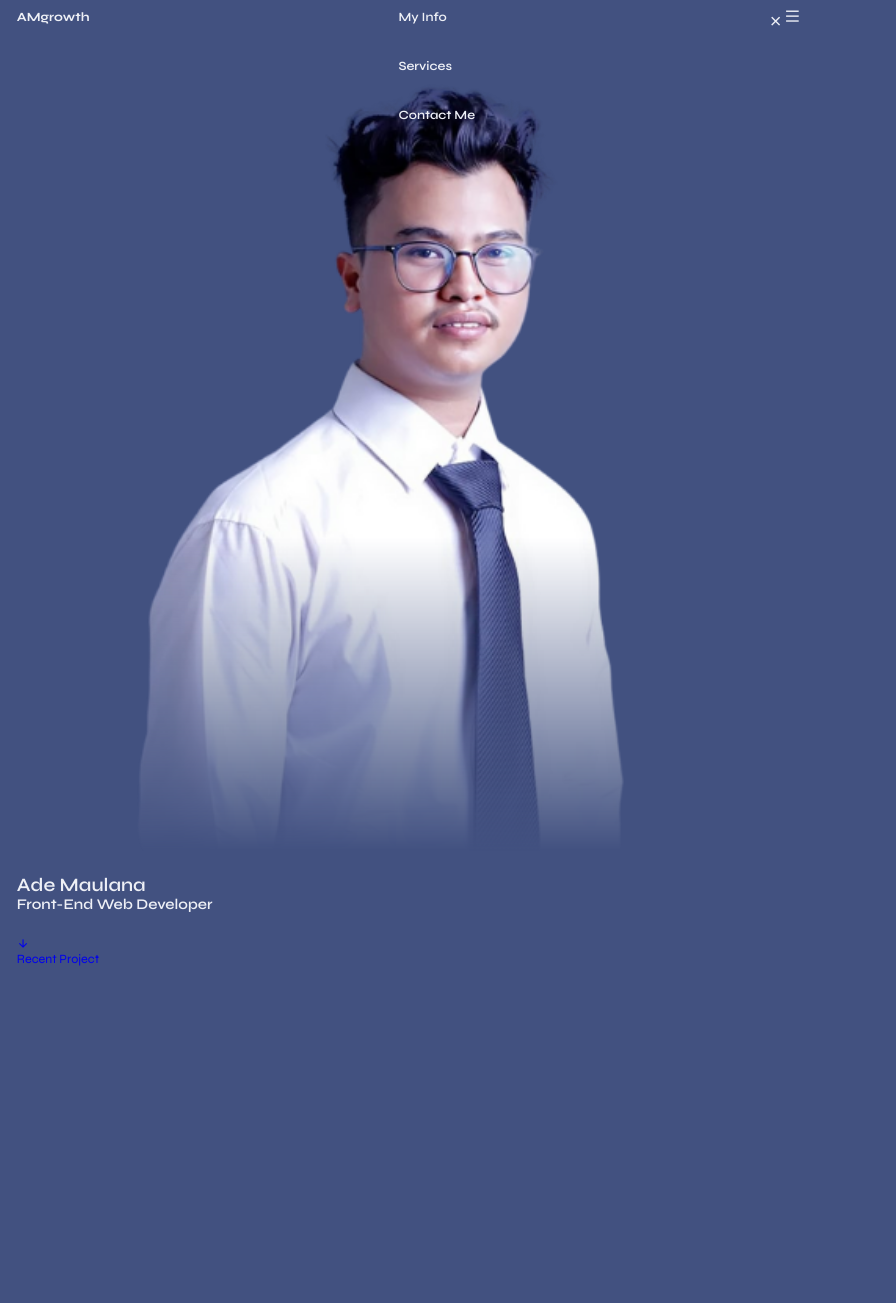
Repository: Ademaulana100499/portofolio
Page: index.html
The author's editor kept a copy of each file at every save. The page is drawn from the files as they stood at one save, then again after the next save.
The browser window is 1280 px wide. The pictures show the whole page, at 70% of full size.
Some web fonts or font styles are not loaded; a fallback is used.

Above is the page before, as saved 2024-11-28 16:59:30.

### index.html
<!DOCTYPE html>
<html lang="en">
  <head>
    <meta charset="UTF-8" />
    <meta name="viewport" content="width=device-width, initial-scale=1.0" />
    <title>AMgrowth</title>
    <link rel="shortcut icon" href="assets/img/Favicon.png" />
    <link
      href="https://cdn.jsdelivr.net/npm/remixicon/fonts/remixicon.css"
      rel="stylesheet"
    />
    <link rel="stylesheet" href="assets/css/style.css" />
  </head>
  <body>
    <!-- HEADER -->
    <header class="header" id="header">
      <nav class="nav container">
        <a href="#" class="nav__logo">AMgrowth</a>
        <div class="nav__menu" id="nav-menu">
          <ul class="nav__list">
            <li>
              <a href="#home" class="nav__link">Home</a>
            </li>
            <li>
              <a href="#project" class="nav__link">Project</a>
            </li>
            <li>
              <a href="#info" class="nav__link">My Info</a>
            </li>
            <li>
              <a href="#services" class="nav__link">Services</a>
            </li>
            <li>
              <a href="#contact" class="nav__link">Contact Me</a>
            </li>
          </ul>
          <!-- Close Button -->
          <div class="nav__close" id="nav-close">
            <i class="ri-close-line"></i>
          </div>
        </div>

        <!-- Toggle Button -->
        <div class="nav__toggle" id="nav-toggle">
          <i class="ri-menu-line"></i>
        </div>
      </nav>
    </header>

    <!-- MAIN -->
    <main class="main" id="main">
      <!-- HOME -->
      <section class="home section" id="home">
        <div class="home__container container grid">
          <img src="assets/img/Photo.png" alt="image" class="home__img" />
          <div class="home__data">
            <h1>Ade Maulana</h1>
            <h3>Front-End Web Developer</h3>
          </div>
          <a href="#project" class="home__scroll">
            <div class="home__scroll-box">
              <i class="ri-arrow-down-line"></i>
            </div>
            <span class="home__scroll-text">Recent Project</span>
          </a>
        </div>
      </section>
      <!-- PROJECT -->
      <section class="project section" id="project"></section>
      <!-- INFO -->
      <section class="info section" id="info"></section>
      <!-- SERVICES -->
      <section class="services section" id="services"></section>
      <!-- CONTACT -->
      <section class="contact section" id="contact"></section>
    </main>

    <!-- FOOTER -->
    <footer class="footer" id="footer"></footer>
    <!-- SCROLL UP -->
    <!-- SCROLLREVEAL -->
    <script src=""></script>
    <!-- EMAIL JS -->
    <script src=""></script>
    <!-- MAIN JS -->
    <script src="assets/js/main.js"></script>
  </body>
</html>

### assets/css/style.css
@import url("https://fonts.googleapis.com/css2?family=Kite+One&family=Oooh+Baby&family=Orelega+One&family=Poppins:ital,wght@0,100;0,200;0,300;0,400;0,500;0,600;0,700;0,800;0,900;1,100;1,200;1,300;1,400;1,500;1,600;1,700;1,800;1,900&family=Syne:wght@400..800&display=swap");

/* VARIABLE CSS */
:root {
  --header-height: 3rem;

  /* Colors */
  --hue: 230;
  --first-color: hsl(var(--hue), 55%, 55%);
  --first-color-light: hsl(var(--hue), 55%, 65%);
  --first-color-alt: hsl(var(--hue), 50%, 50%);
  --title-color: hsl(var(--hue), 30%, 95%);
  --text-color: hsl(var(--hue), 20%, 80%);
  --text-color-light: hsl(var(--hue), 20%, 70%);
  --body-color: hsl(225, 32%, 38%);
  --container-color: hsl(var(--hue), 40%, 20%);

  /* Font and typography */
  --body-font: "Syne", sans-serif;
  --biggest-font-size: 3rem;
  --h1-font-size: 1.5rem;
  --h2-font-size: 1.25rem;
  --h3-font-size: 1rem;
  --normal-font-size: 0.938rem;
  --small-font-size: 0.813rem;

  /* Font weight */
  --font-regular: 400;
  --font-semi-bold: 600;
  --font-bold: 700;

  /* z index */
  --z-tooltip: 10;
  --z-fixed: 100;
}
/* Responsive typography */
@media screen and (min-width: 1150px) {
  :root {
    --biggest-font-size: 5.5rem;
    --big-font-size: 2.75rem;
    --h1-font-size: 2.25rem;
    --h2-font-size: 1.5rem;
    --h3-font-size: 1.25rem;
    --normal-font-size: 1.125rem;
    --small-font-size: 0.875rem;
  }
}

/* BASE */
* {
  margin: 0;
  padding: 0;
  box-sizing: border-box;
}

html {
  scroll-behavior: smooth;
}

body,
input,
textarea,
button {
  font-family: var(--body-font);
  font-size: var(--normal-font-size);
}

body {
  background-color: var(--body-color);
  color: var(--text-color);
}
input,
button,
textarea {
  outline: none;
  border: none;
}

h1,
h2,
h3 {
  color: var(--title-color);
  font-weight: var(--font-semi-bold);
}
p {
  line-height: 130%;
}

ul {
  list-style: none;
}

a {
  text-decoration: none;
}

img {
  display: block;
  max-width: 100%;
  height: auto;
}

/* REUSABLE CSS CLASSES */
.container {
  max-width: 1120px;
  margin-inline: 1.5rem;
}

.grid {
  display: grid;
  gap: 1.5rem;
}

.section {
  padding-block: 5rem 2rem;
}

.section__title {
  font-size: var(--h1-font-size);
  text-align: center;
  margin-bottom: 2rem;
  font-weight: var(--font-bold);
}
main {
  overflow: hidden;
}

/* HEADER & NAV */
.header {
  position: fixed;
  width: 100%;
  top: 0;
  left: 0;
  background-color: transparent;
  z-index: var(--z-fixed);
}
.nav {
  position: relative;
  height: var(--header-height);
  display: flex;
  justify-content: space-between;
  align-items: center;
}

.nav__logo {
  color: var(--title-color);
  font-weight: var(--font-bold);
}
.nav__toggle,
.nav__close {
  font-size: 1.5rem;
  cursor: pointer;
  color: var(--title-color);
}
/* Navigation for mobile */
@media screen and (max-width: 1150px) {
  .nav__menu {
    position: fixed;
    top: 0;
    right: -100%;
    background-color: hsla(var(--hue), 70%, 4%, 0.2);
    backdrop-filter: blur(16px);
    -webkit-backdrop-filter: blur(16px);
    width: 80%;
    height: 100%;
    padding: 7rem 3rem;
    transition: right 0.4s;
  }
}
.nav__list {
  display: flex;
  flex-direction: column;
  row-gap: 3rem;
}
.nav__link {
  position: relative;
  color: var(--title-color);
  font-weight: var(--font-semi-bold);
  transition: color 0.4s;
}
.nav__link::after {
  content: "";
  width: 0;
  height: 2px;
  background-color: var(--first-color-light);
  position: absolute;
  left: 0;
  bottom: -0.5rem;
  transition: width 0.3s;
}
.nav__link:hover {
  color: var(--first-color-light);
}
.nav__link:hover::after {
  width: 30%;
}
.nav__close {
  position: absolute;
  top: 1rem;
  right: 1.5rem;
}

/* Show Menu */
.show-menu {
  right: 0;
}
/* Add blur to header */
/* Active link */

/* HOME */
.home__container {
  row-gap: 2rem;
  padding-top: 1rem;
}

.home__img {
  width: 3900px;
  justify-self: center;
  mask-image: linear-gradient(
    to bottom,
    hsla(var(--hue), 40%, 16%) 60%,
    transparent 100%
  );
}

### assets/js/main.js
const navMenu = document.getElementById("nav-menu"),
  navToggle = document.getElementById("nav-toggle"),
  navClose = document.getElementById("nav-close");

if (navToggle) {
  navToggle.addEventListener("click", () => {
    navMenu.classList.add("show-menu");
  });
}

if (navClose) {
  navClose.addEventListener("click", () => {
    navMenu.classList.remove("show-menu");
  });
}

const navLink = document.querySelectorAll(".nav__link");
const linkAction = () => {
  const navMenu = document.getElementById("nav-menu");
  navMenu.classList.remove("show-menu");
};
navLink.forEach((n) => n.addEventListener("click", linkAction));

After the next save:
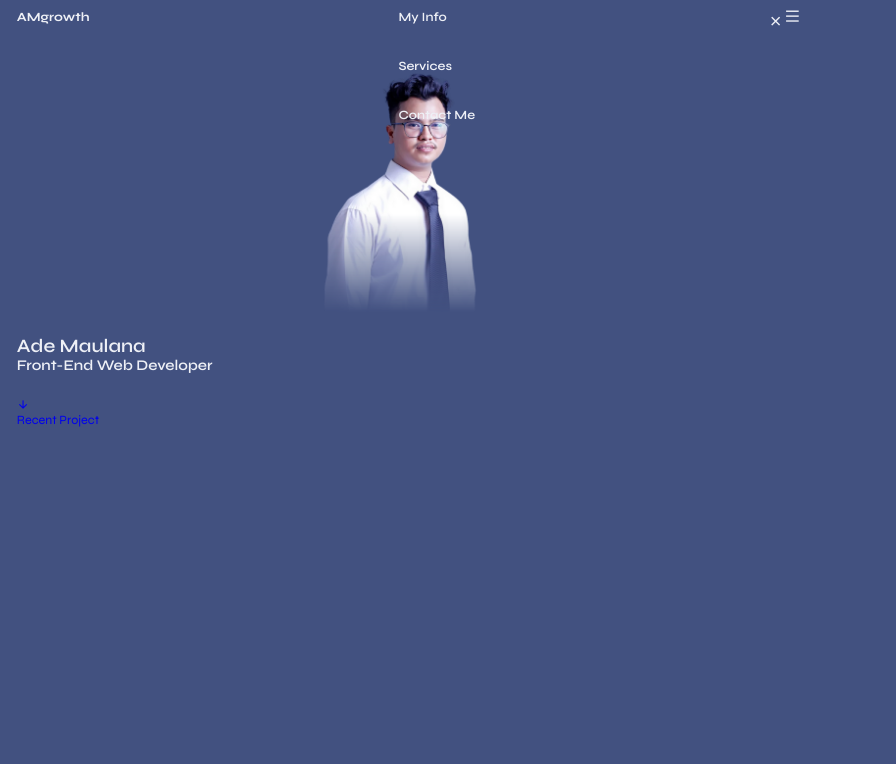
Saved 5 s later.
--- a/assets/css/style.css
+++ b/assets/css/style.css
@@ -214,7 +214,7 @@ main {
 }
 
 .home__img {
-  width: 3900px;
+  width: 350px;
   justify-self: center;
   mask-image: linear-gradient(
     to bottom,
